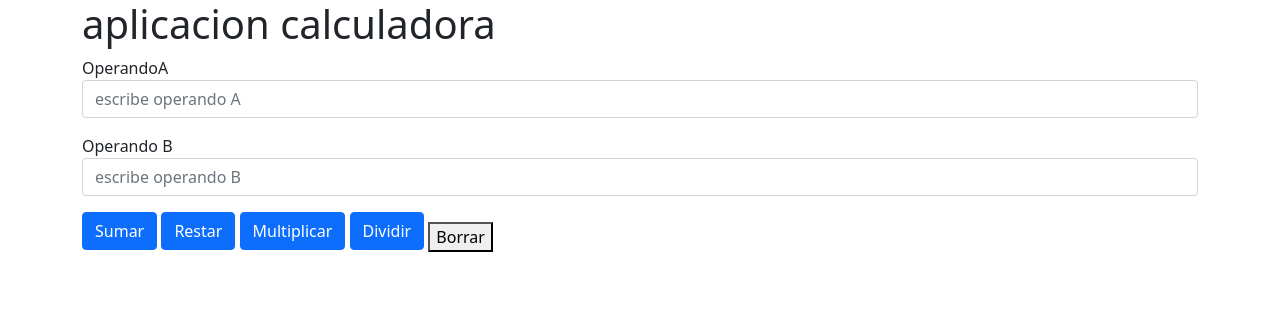
Repository: iwinser117/dw
Page: javascript udemy 43/ejercices/calculadora/index.html
An editor plug-in stored every save of this project. The page is shown before and after a run of saves, followed by the edit.
The browser window is 1280 px wide. The pictures show the whole page.

Above is the page before, as saved 2022-10-02 12:30:30.

### javascript udemy 43/ejercices/calculadora/index.html
<!doctype html>
<html>

<head>
    <meta charset="utf-8">
    <meta name="viewport" content="width=device-width, initial-scale=1">
    <link href="https://cdn.jsdelivr.net/npm/bootstrap@5.1.3/dist/css/bootstrap.min.css" rel="stylesheet"
        integrity="sha384-1BmE4kWBq78iYhFldvKuhfTAU6auU8tT94WrHftjDbrCEXSU1oBoqyl2QvZ6jIW3" crossorigin="anonymous">

    <title>aplicacion calculadora</title>
</head>

<body>
    <div class="container">
        <h1 class="display-3s">aplicacion calculadora</h1>

        <form id="forma">
            <div class="mb-3">
                <label for="operandoA">OperandoA</label>
                <input type="number"  class="form-control" id="operandoA" placeholder="escribe operando A">
            </div>
            <div class="mb-3">
                <label for="operandoB">Operando B</label>
                <input type="number" class="form-control" placeholder="escribe operando B" id="operandoB">
            </div>


    </form>

    <div class="btn-fcn" >
        <button class="btn btn-primary mb-3" onclick="sumar()">Sumar</button>

        <button class="btn btn-primary mb-3" onclick="restar()">Restar</button>

        <button class="btn btn-primary mb-3" onclick="multiplicar()">Multiplicar</button>

        <button class="btn btn-primary mb-3" onclick="dividir()">Dividir</button>

        <button type="reset">Borrar</button>
    </div>

    <div id="resultado"></div>
    <div id="resultadoResta"></div>
    <div id="resultadoMultiplicar"></div>
    <div id="resultadoDivision"></div>


    </div>
    </div>


    <script src="https://cdn.jsdelivr.net/npm/bootstrap@5.1.3/dist/js/bootstrap.bundle.min.js"
        integrity="sha384-ka7Sk0Gln4gmtz2MlQnikT1wXgYsOg+OMhuP+IlRH9sENBO0LRn5q+8nbTov4+1p"
        crossorigin="anonymous"></script>
    <script src="js/app.js"></script>
</body>

</html>

### javascript udemy 43/ejercices/calculadora/js/app.js
const forma = document.getElementById(`forma`);
let operandoA = forma[`operandoA`];
let operandoB = forma[`operandoB`];




function sumar(){
    let resultado = parseInt(operandoA.value) + parseInt(operandoB.value);
    if (isNaN(resultado))
        resultado = `la operacion le faltan numeros`;
    document.getElementById(`resultado`).innerHTML = `resultado de la suma es : ${resultado}`;
    console.log(`resultado de la suma es : ${resultado}`);
}



function restar(){
    let resultadoResta = parseInt(operandoA.value) - parseInt(operandoB.value);
    if (isNaN(resultadoResta))
        resultadoResta = `la operacion le faltan numeros`;
    document.getElementById(`resultadoResta`).innerHTML = `resultado de la resta es : ${resultadoResta}`;
    console.log(`resultado de la resta es : ${resultadoResta}`);
}
function multiplicar(){
    let resultadoMultiplicar = parseInt(operandoA.value) * parseInt(operandoB.value);
    if (isNaN(resultadoMultiplicar))
        resultadoMultiplicar = `la operacion le faltan numeros`;
    document.getElementById(`resultadoMultiplicar`).innerHTML = `resultado de la multiplicacion es : ${resultadoMultiplicar}`;
    console.log(`resultado de la multiplicacion es : ${resultadoMultiplicar}`);
}

function dividir(){
    let resultadoDivision= parseInt(operandoA.value) / parseInt(operandoB.value);
    if (isNaN(resultadoDivision))
        resultadoDivision = `la operacion le faltan numeros`;
    document.getElementById(`resultadoDivision`).innerHTML = `resultado de la division es : ${resultadoDivision}`;
    console.log(`resultado de la division es : ${resultadoDivision}`);
}

After the next 2 saves:
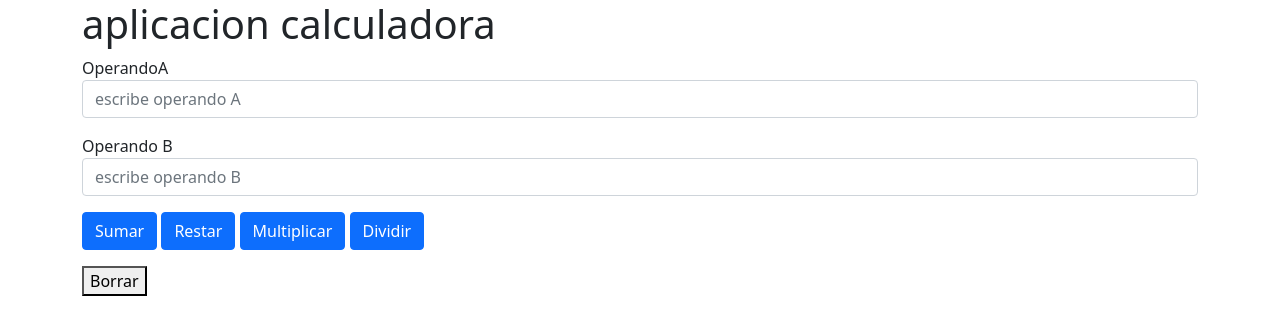
The 2 saves are shown as one change because they came seconds apart.
The last was saved 18 s later.
--- a/javascript udemy 43/ejercices/calculadora/index.html
+++ b/javascript udemy 43/ejercices/calculadora/index.html
@@ -36,8 +36,9 @@
 
         <button class="btn btn-primary mb-3" onclick="dividir()">Dividir</button>
 
-        <button type="reset">Borrar</button>
+
     </div>
+    <button type="reset">Borrar</button>
 
     <div id="resultado"></div>
     <div id="resultadoResta"></div>
